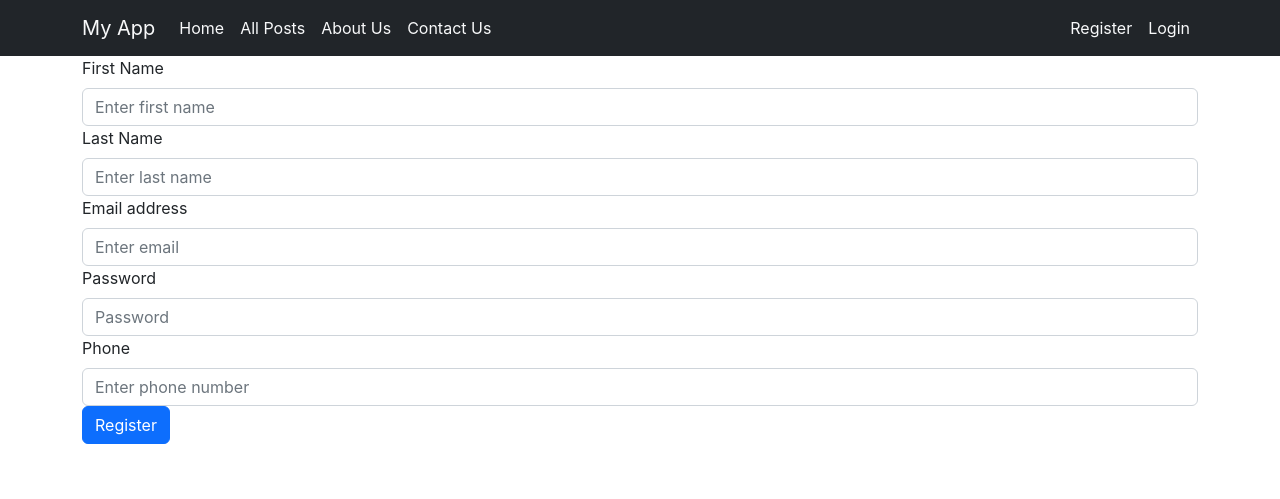
Repository: HiteshKumarMeghwar/react-redux-golang-mysql
Page: /register (app in react-redux/)
The author's editor kept a copy of each file at every save. The page is drawn from the files as they stood at one save, then again after the next save.
The browser window is 1280 px wide. The pictures show the whole page.
Some web libraries are served in a nearby version. The project was rebuilt for these pictures with package versions that can differ from the ones it lists, and the page was loaded fresh each time. Also part of the build but not shown: react-redux/src/App.css, react-redux/src/components/Login.js, react-redux/src/components/Dashboard.js, react-redux/src/components/AllPosts.js, react-redux/src/components/AboutUs.js, react-redux/src/components/ContactUs.js.

Above is the page before, as saved 2023-03-15 11:37:34.

After the next save:
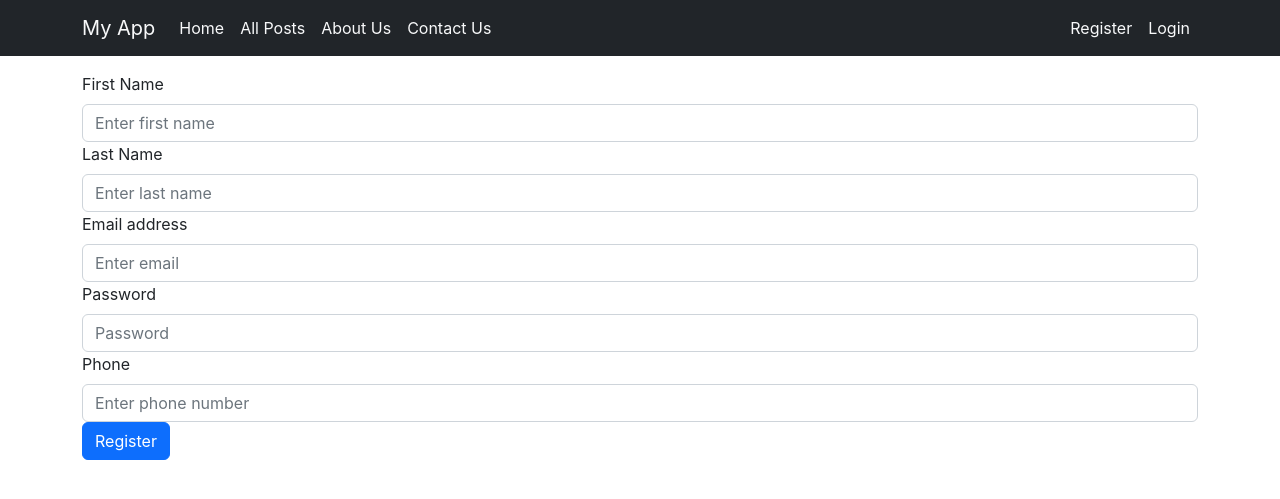
Saved 12 s later.
--- a/react-redux/src/components/Register.js
+++ b/react-redux/src/components/Register.js
@@ -43,7 +43,7 @@
 
   return (
     <>
-      <div className='container w-2'>
+      <div className='container pt-3'>
         <Form onSubmit={handleSubmit}>
           <Form.Group controlId="formFirstName">
             <Form.Label>First Name</Form.Label>

After the save that followed:
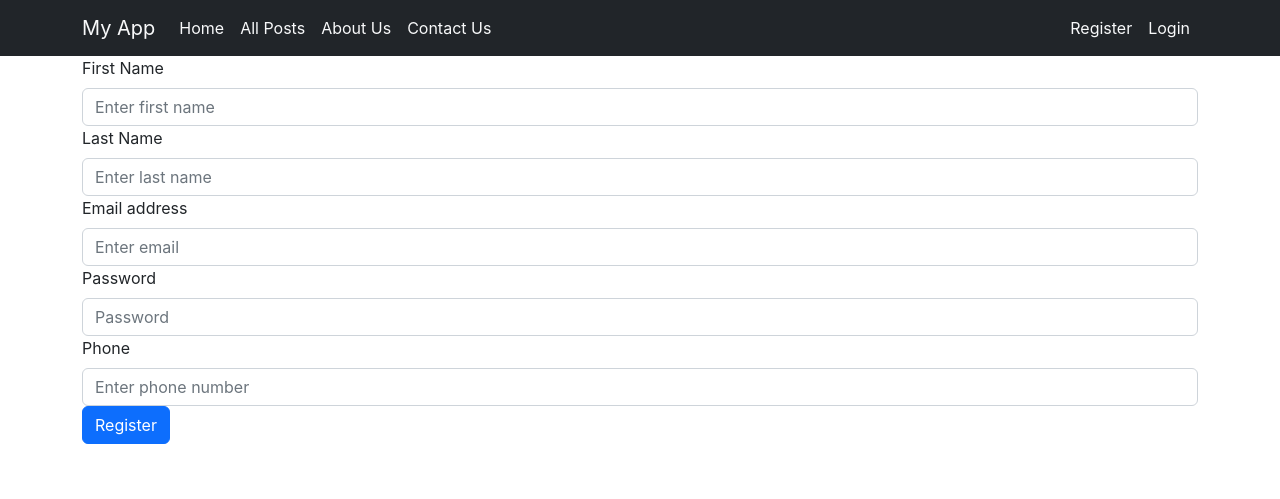
Saved 10 s later.
--- a/react-redux/src/components/Register.js
+++ b/react-redux/src/components/Register.js
@@ -43,7 +43,7 @@
 
   return (
     <>
-      <div className='container pt-3'>
+      <div className='container'>
         <Form onSubmit={handleSubmit}>
           <Form.Group controlId="formFirstName">
             <Form.Label>First Name</Form.Label>
